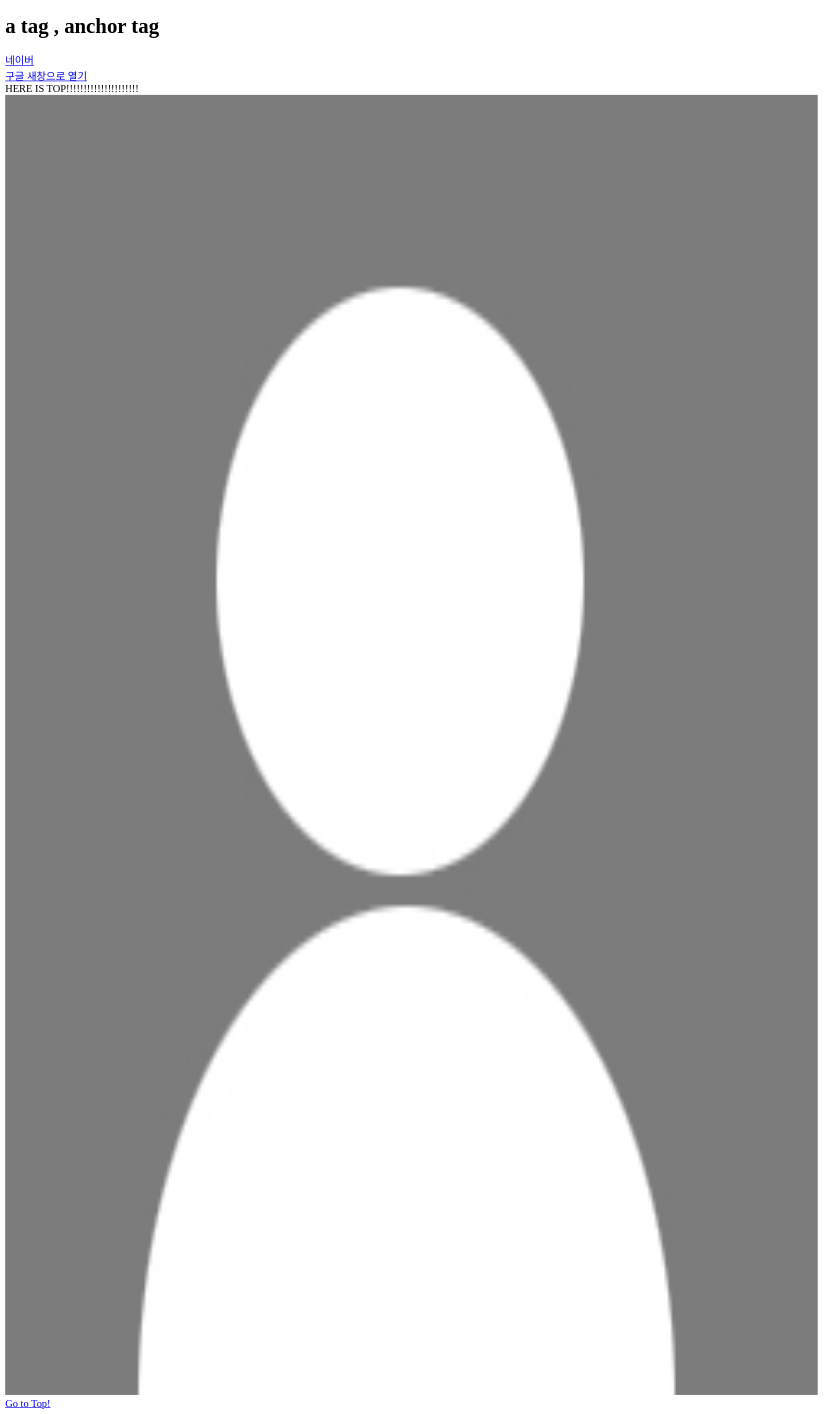
Repository: jihoonys82/weblec
Page: Front/WebContent/Ex01_HTML_tag/tagEx_04.html
An editor plug-in stored every save of this project. The page is shown before and after the next save, followed by the edit.
The browser window is 1280 px wide. The pictures show the whole page, at 65% of full size.

Above is the page before, as saved 2018-07-23 11:06:29.

### Front/WebContent/Ex01_HTML_tag/tagEx_04.html
<!DOCTYPE html>
<html>
<head>
<meta charset="UTF-8">
<title>Insert title here</title>
</head>
<body>

<div>

<h1> a tag , anchor tag </h1>
	<a href="http://www.naver.com">네이버</a><br>
	<a href="http://www.google.com" target='_blank' >구글 새창으로 열기</a><br>

	<div id="top">HERE IS TOP!!!!!!!!!!!!!!!!!!!!!</div>

	<!-- img, image tag, show images on web page -->
	<a href="http://www.daum.net" target='_blank'>
		<img src='./no-avatar.jpg' width='1250px' height='2000px' title='no avatar' alt='blank image'>
	</a>
	<!--
		src : image path
		width :
		height :
		title : image description (see when mouse over on the image
		alt : 대체 텍스트
	 -->

</div>

<a href="#top">Go to Top!</a>

</body>
</html>

After the next save:
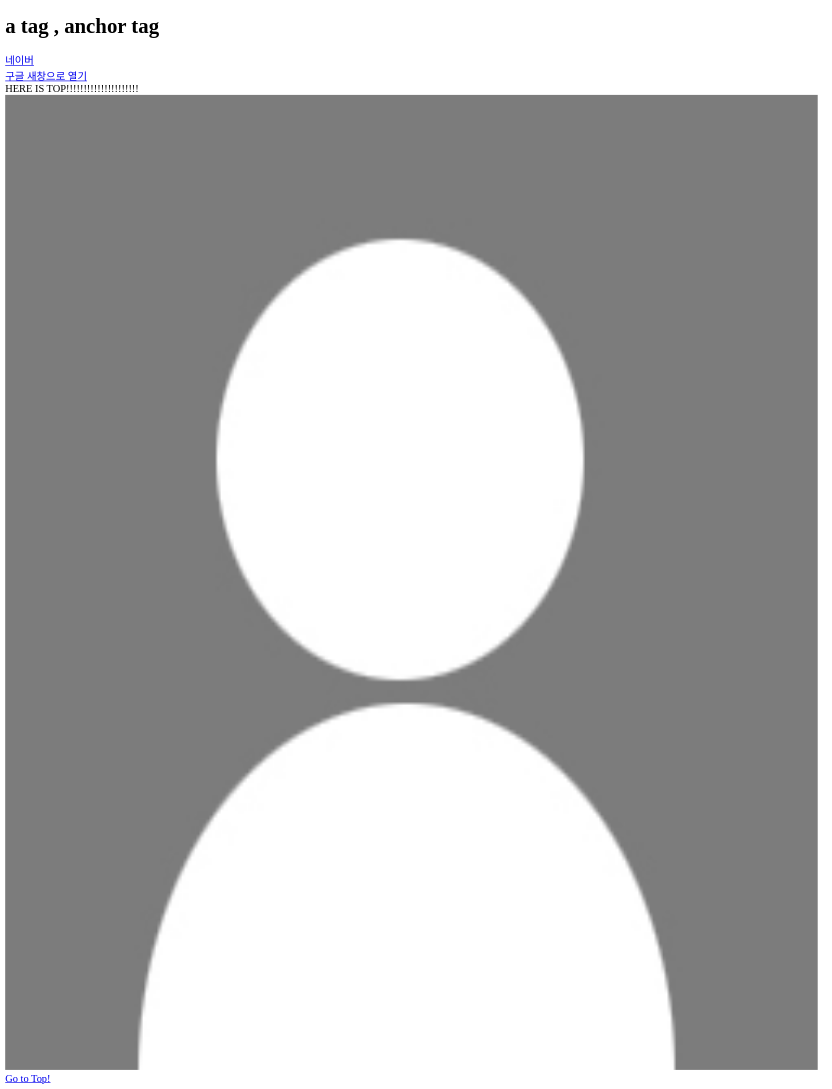
Saved 16 s later.
--- a/Front/WebContent/Ex01_HTML_tag/tagEx_04.html
+++ b/Front/WebContent/Ex01_HTML_tag/tagEx_04.html
@@ -16,7 +16,7 @@
 
 	<!-- img, image tag, show images on web page -->
 	<a href="http://www.daum.net" target='_blank'>
-		<img src='./no-avatar.jpg' width='1250px' height='2000px' title='no avatar' alt='blank image'>
+		<img src='./no-avatar.jpg' width='1250px' height='1500px' title='no avatar' alt='blank image'>
 	</a>
 	<!--
 		src : image path
